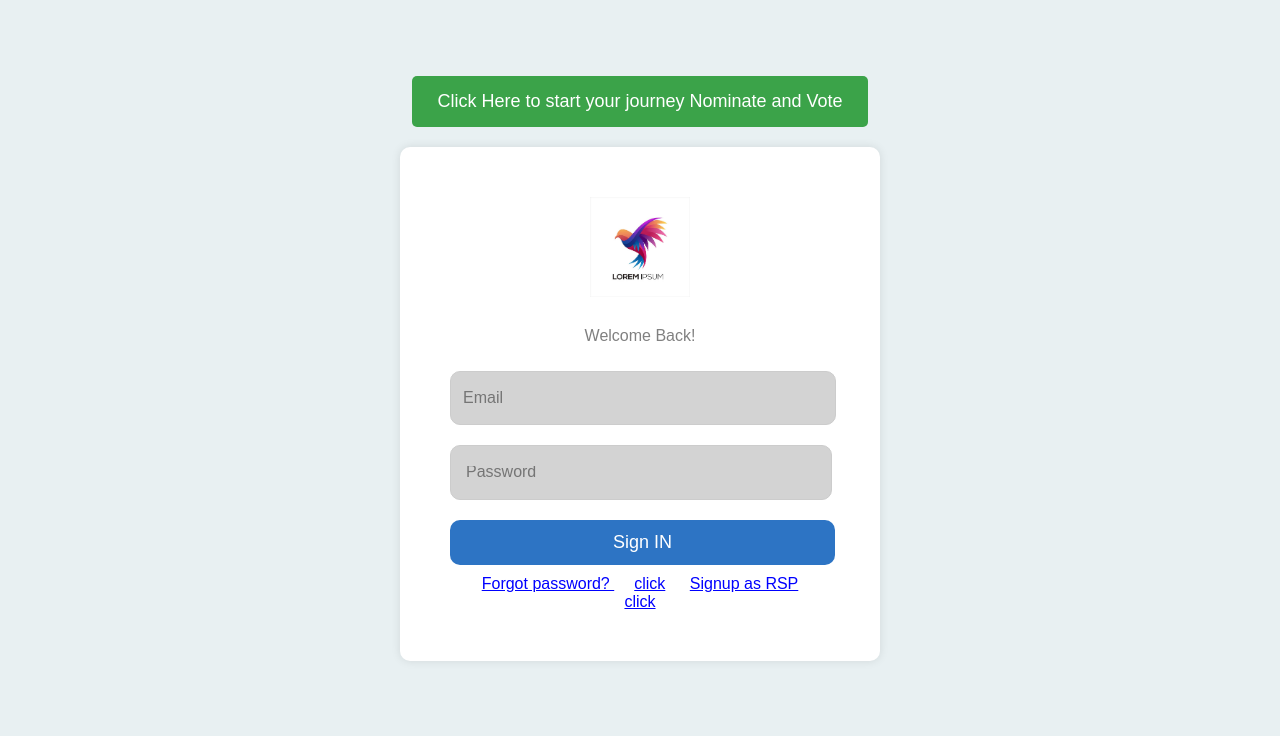
Repository: Femi007-gh/welcome
Page: index.html
The author's editor kept a copy of each file at every save. The page is drawn from the files as they stood at one save, then again after the next save.
The browser window is 1280 px wide. The pictures show the whole page.
Some web libraries are served in a nearby version.

Above is the page before, as saved 2025-03-10 18:24:24.

### index.html
<!DOCTYPE html>
<html lang="en">
<head>
    <meta charset="UTF-8">
    <meta name="viewport" content="width=device-width, initial-scale=1.0">
    <title>Login Page</title>
    <script src="https://kit.fontawesome.com/a076d05399.js" crossorigin="anonymous"></script>
    <style>
        body {
            font-family: Arial, sans-serif;
            background-color: #e8f0f2;
            display: flex;
            justify-content: center;
            align-items: center;
            height: 100vh;
            flex-direction: column;
        }
        .green-button {
            background-color: #3ba349;
            color: white;
            padding: 15px 25px;
            border: none;
            border-radius: 5px;
            cursor: pointer;
            margin-bottom: 20px;
            font-size: 18px;
        }
        .container {
            background-color: white;
            padding: 50px;
            border-radius: 10px;
            box-shadow: 0 0 10px rgba(0, 0, 0, 0.1);
            text-align: center;
            width: 380px;
        }
        .container img {
            width: 100px;
            margin-bottom: 10px;
        }
        p {
            color: gray;
        }
        input {
            width: calc(100% - 20px);
            padding: 12px;
            margin: 10px 0;
            border: 1px solid #ccc;
            border-radius: 10px;
            font-size: 16px;
            background: #d3d3d3;
        }
        .password-container {
            display: flex;
            align-items: center;
            background: #d3d3d3;
            border: 1px solid #ccc;
            border-radius: 10px;
            padding: 10px;
            width: calc(100% - 20px);
            margin: 10px 0;
        }
        .password-container input {
            border: none;
            outline: none;
            flex: 1;
            background: transparent;
            padding: 5px;
        }
        .password-container i {
            cursor: pointer;
            font-size: 18px;
            margin-left: 10px;
        }
        .sign-in-button {
            background-color: #2d74c4;
            color: white;
            padding: 12px;
            border: none;
            border-radius: 10px;
            cursor: pointer;
            width: 100%;
            font-size: 18px;
            margin-top: 10px;
            width: 385px;
        }
        .links {
            margin-top: 10px;
            font-size: 16px;
        }
        .links a {
            color: gray;
            text-decoration: none;
            margin: 0 10px;
        }
        .links a.underline {
            color: blue;
            text-decoration: underline;
        }
        .fit {
          height: 3px;
        }
        .lit{
          height: 28px;
        }
    </style>
</head>
<body>
    <button class="green-button">Click Here to start your journey Nominate and Vote</button>
    <div class="container">
        <img src="Logo.jpg" alt="Nigerian Shippers Council Logo">
        <p>Welcome Back!</p>
        <input type="email" placeholder="Email" class="lit">
        <div class="password-container">
            <input type="password" placeholder="Password" class="fit">
        </div>
        <button class="sign-in-button">Sign IN</button>
        <div class="links">
            <a href="#" class="underline">Forgot password? </a>
            <a href="#" class="underline">click</a>
            <a href="#" class="underline">Signup as RSP</a>
            <a href="#" class="underline">click</a>
        </div>
    </div>
</body>
</html>

After the next save:
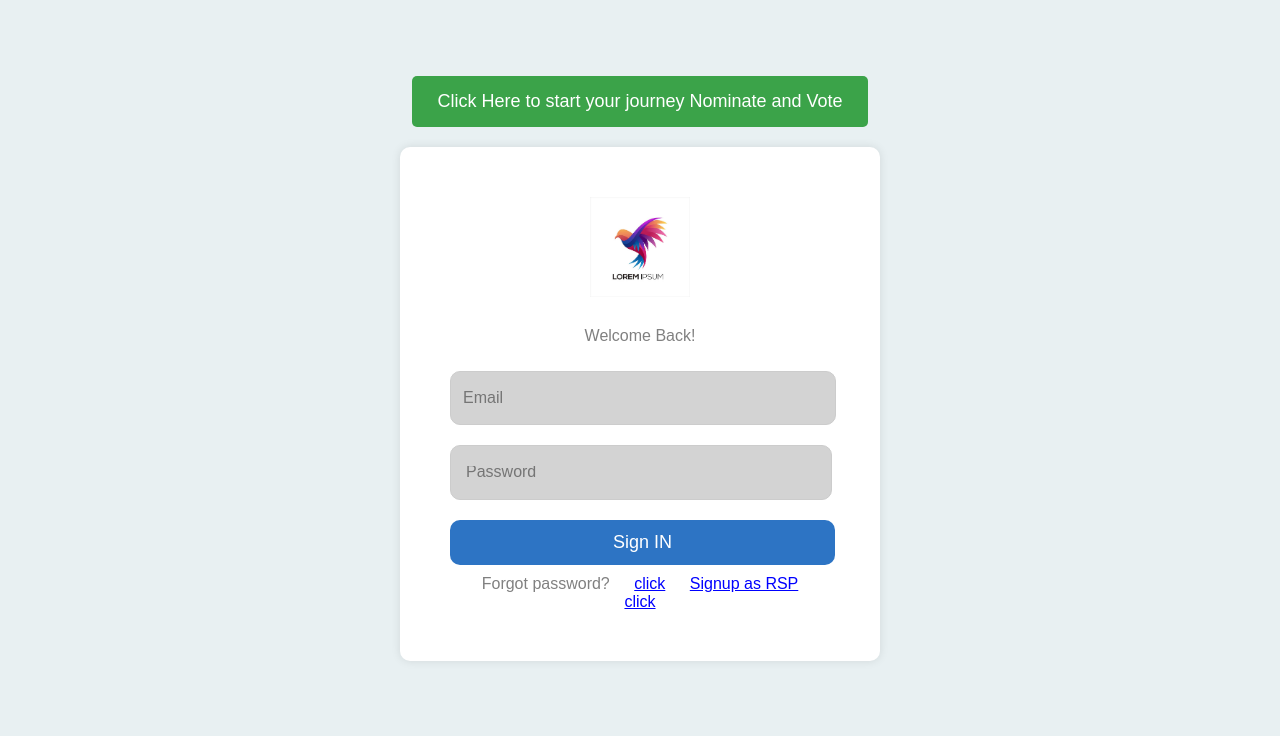
Saved 19 s later.
--- a/index.html
+++ b/index.html
@@ -115,7 +115,7 @@
         </div>
         <button class="sign-in-button">Sign IN</button>
         <div class="links">
-            <a href="#" class="underline">Forgot password? </a>
+            <a href="#" class="under">Forgot password? </a>
             <a href="#" class="underline">click</a>
             <a href="#" class="underline">Signup as RSP</a>
             <a href="#" class="underline">click</a>
